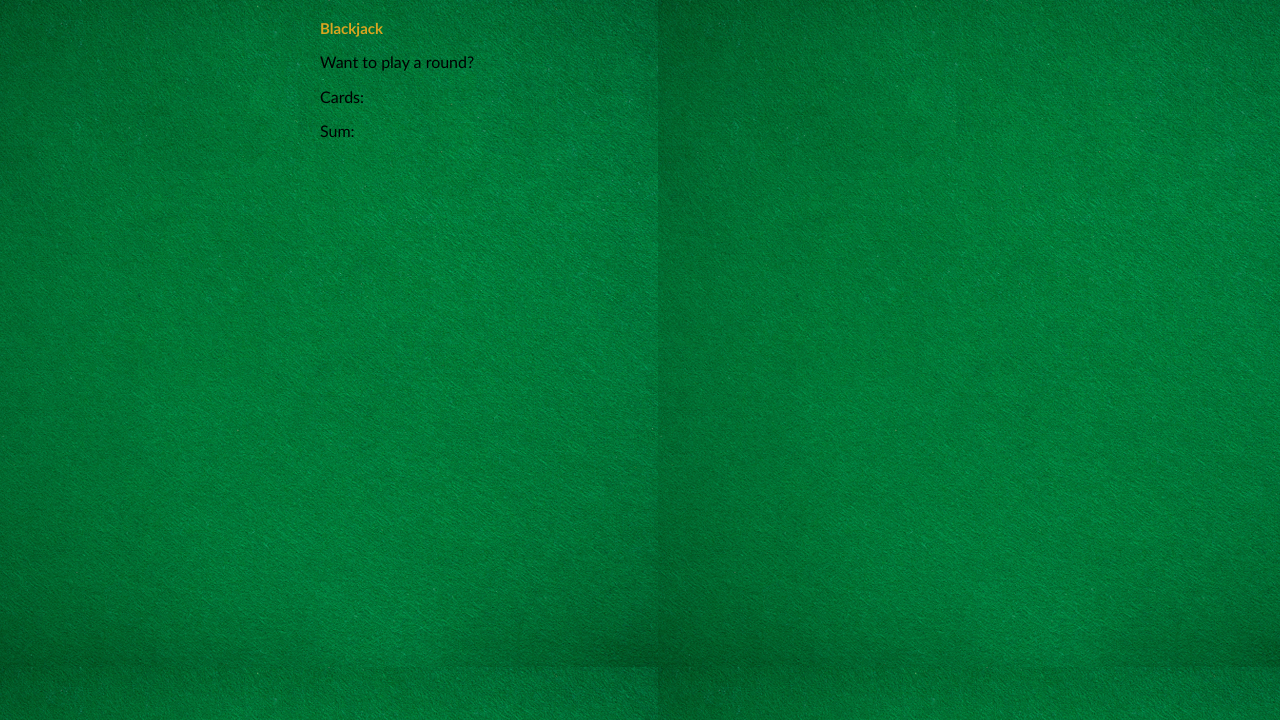
Repository: jt010051/JavaScriptBlackJack
Page: index.html
The author's editor kept a copy of each file at every save. The page is drawn from the files as they stood at one save, then again after the next save.
The browser window is 1280 px wide. The pictures show the whole page.

Above is the page before, as saved 2022-02-26 17:47:06.

### index.css
/* Complete the CSS styling according to the provided design */

body {
  font-family: 'Trebuchet MS', 'Lucida Sans Unicode', 'Lucida Grande', 'Lucida Sans', Arial, sans-serif;
  background-image: url("images/table.png");
  margin: auto;
  width: 50%;
  padding: 10px;
}

h1 {
    color: goldenrod;
    font-size: 15px;
}

#message-el {

}

### index.js
let firstCard = 10;

let secondCard = 2;

let sum = firstCard+secondCard+3;

let hasBlackJack =false;
let isAlive = true;
let message =""
if(sum <= 20){

message = "Do you want to draw a new Card? 🙂";
}
else if (sum === 21){
    message ="Wohoo! You've got Blackjack! 🥳";
hasBlackJack = true
}
else{
    message ="Youre out of the game! 😢";
    isAlive =false;
}
console.log(message);

Loaded but not shown: index.html (common file)

After the next save:
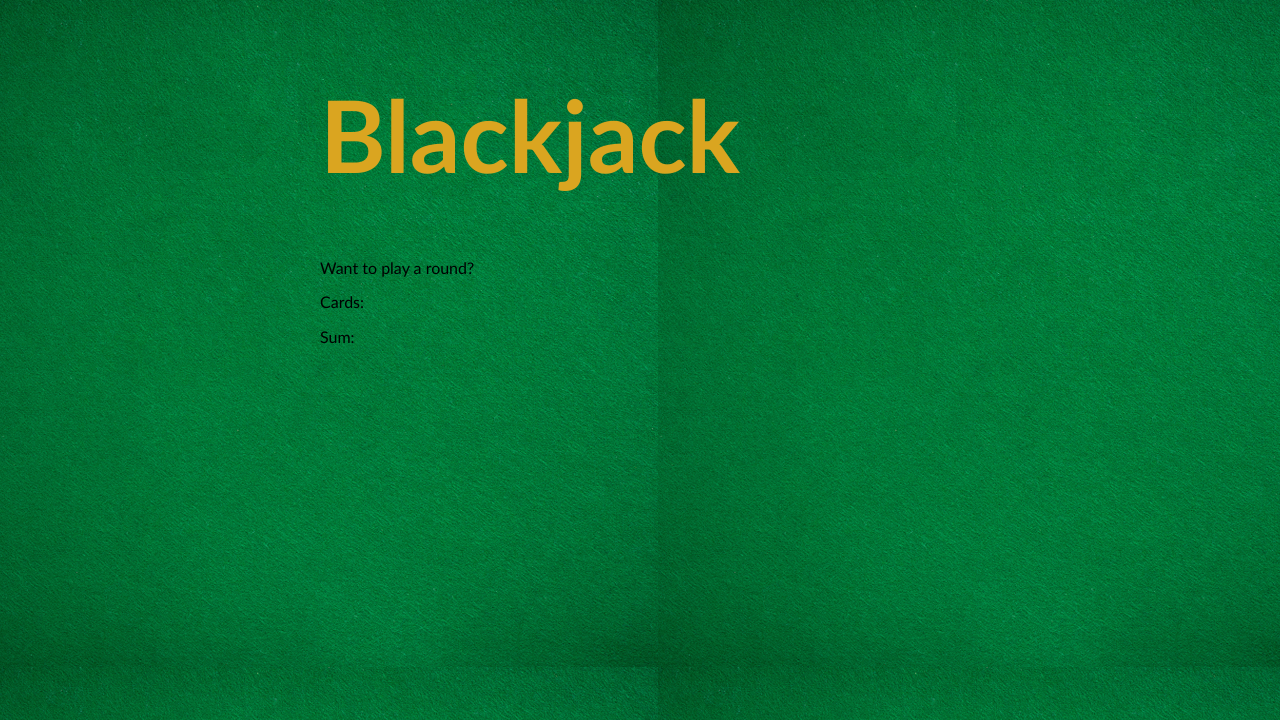
Saved 36 s later.
--- a/index.css
+++ b/index.css
@@ -10,7 +10,7 @@ body {
 
 h1 {
     color: goldenrod;
-    font-size: 15px;
+    font-size: 100px;
 }
 
 #message-el {
